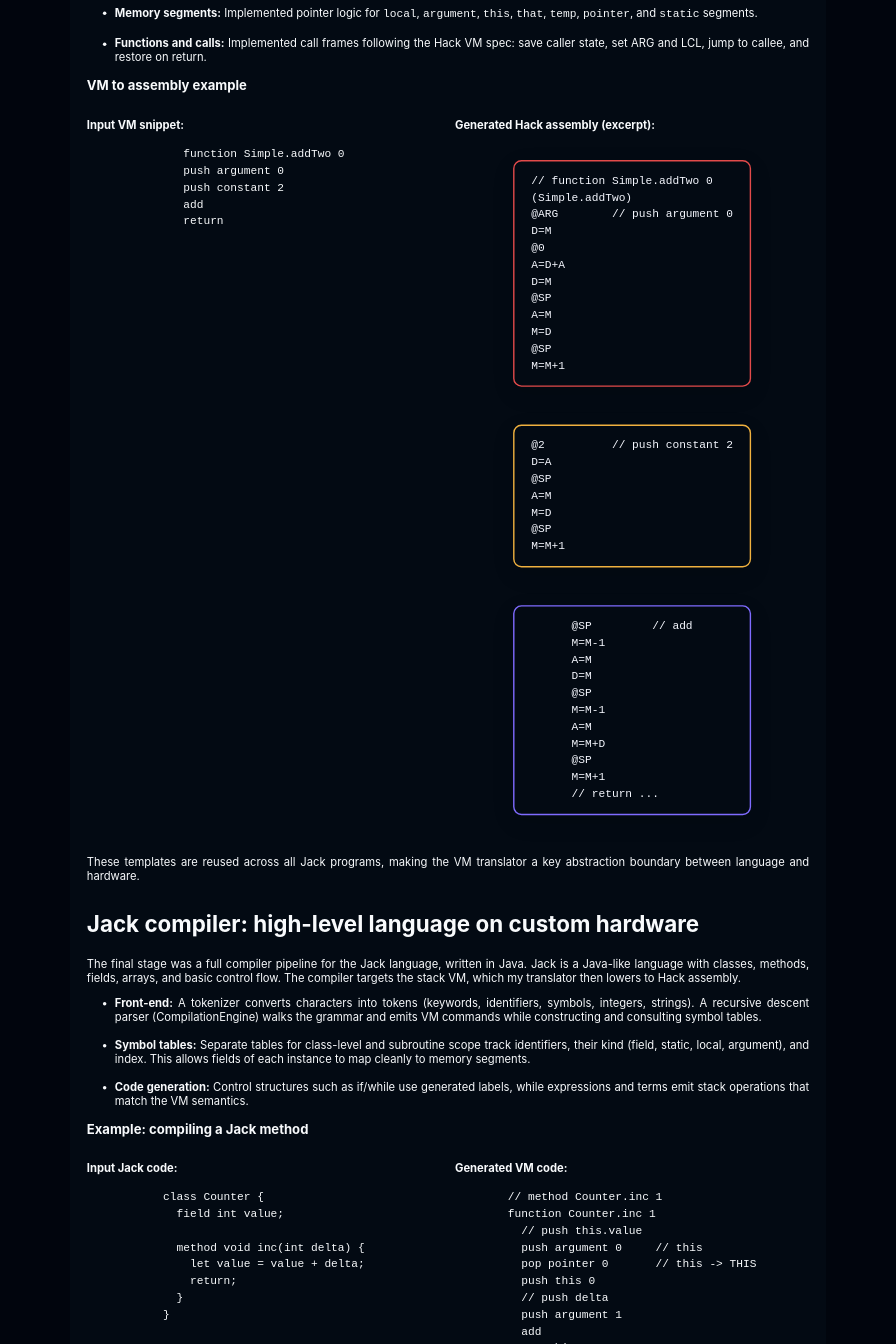
Repository: Abdulaziz-04/Abdulaziz-04.github.io
Page: deepdives/backend_systems/nand2tetris/nand2tetris.html
The author's editor kept a copy of each file at every save. The page is drawn from the files as they stood at one save, then again after the next save.
The browser window is 1280 px wide. The pictures show the part of the page from y = 3462 to 5382 px (the page is 6612 px tall before and 6636 px after), at 70% of full size.

Above is the page before, as saved 2025-11-20 18:12:05.

### deepdives/backend_systems/nand2tetris/nand2tetris.html
<!DOCTYPE html>
<html lang="en">
  <head>
    <meta charset="UTF-8" />
    <meta name="viewport" content="width=device-width, initial-scale=1" />
    <title>
      From Nand to Tetris: Building a Computer and Compiler from Scratch
    </title>
    <link rel="stylesheet" href="../../../assets/css/styles.css" />
    <style>
      .project-detail-page pre,
      .project-detail-page code {
        font-size: 1rem;
        line-height: 1.5;
      }

      .project-detail-page pre {
        display: flex;
        justify-content: center;
        margin: 1.25rem auto;
      }

      .project-detail-page pre code {
        display: inline-block;
        text-align: left;
      }

      .code-pair {
        display: grid;
        grid-template-columns: repeat(2, minmax(0, 1fr));
        gap: 1.25rem;
        align-items: start;
      }

      .code-pair pre {
        width: 100%;
      }

      .asm-stack {
        display: flex;
        flex-wrap: wrap;
        gap: 0.9rem;
        align-items: flex-start;
        justify-content: center;
        margin: 1.25rem 0;
      }

      .asm-card {
        display: block;
        background: transparent;
        color: #f6f8ff;
        border-radius: 12px;
        padding: 1rem 1.2rem;
        border: 2px solid #3b4a6d;
        box-shadow: 0 10px 32px rgba(0, 0, 0, 0.12);
        flex: 1 1 260px;
        max-width: 340px;
      }

      .asm-card code {
        display: block;
        white-space: pre;
      }

      .asm-card.push-arg {
        border-color: #e24a4a;
      }

      .asm-card.push-const {
        border-color: #f0b13f;
      }

      .asm-card.add-op {
        border-color: #7f6bff;
      }
    </style>
  </head>

  <body class="project-detail-page">
    <header class="detail-hero">
      <a
        class="category-back"
        href="../../../projects/compiler-blockchain.html"
      >
        &larr; Back to Projects
      </a>

      <a class="category-pill" href="../../../projects/compiler-blockchain.html"
        >Backend &amp; Distributed Logic</a
      >
      <br />
      <h1>
        From Nand to Tetris: Building a Computer and Compiler from Scratch
      </h1>

      <p class="detail-summary">
        <b>
          Two–part systems project where I built a full 16-bit computer,
          assembler, virtual machine, and compiler from primitive NAND gates.
          The stack ends in a high-level language called Jack that runs on the
          hardware I designed.
        </b>
      </p>

      <p class="detail-summary">
        I completed all projects for both Coursera courses
        <i>“Build a Modern Computer from First Principles: Part 1 and Part 2”</i
        >, submitted every assignment, scored <b>98%</b> overall, and earned
        both certifications.
      </p>

      <ul class="detail-meta">
        <br />
        <li>
          <strong>Tech Stack:</strong>
          Hardware Description Language (HDL), Hack assembly, Jack language,
          Java (assembler, VM translator, compiler), shell tooling, hardware and
          VM emulators
        </li>
      </ul>
    </header>

    <main class="section detail-content">
      <!-- HERO IMAGE -->
      <section class="detail-section detail-hero-gif">
        <figure class="gallery-item gallery-item--wide">
          <img
            src="./images/nand2tetris_intro.png"
            alt="Hardware and software hierarchy from NAND gate up to high level language"
            style="display: block; margin: 0 auto; max-width: 90%; height: auto"
          />
          <figcaption style="text-align: center">
            The full stack I implemented: from a single NAND gate to logic
            chips, CPU, assembler, VM, and Jack compiler running user programs.
          </figcaption>
        </figure>
      </section>

      <!-- QUICK INSIGHTS -->
      <section class="detail-section">
        <h2>Quick insights</h2>
        <ul class="psr-list">
          <li>
            <strong>Goal:</strong>
            Design a full computer system from the logic-gate level and build a
            usable high-level language (Jack) plus a compiler and toolchain that
            runs games and apps on that hardware.
          </li>
          <br />
          <li>
            <strong>Scope:</strong>
            Implemented over <b>30+</b> hardware chips in HDL, a
            <b>16-bit Hack CPU and memory system</b>, a two-stage software stack
            (assembler and VM translator), and a multi-pass Jack compiler.
          </li>
          <br />
          <li>
            <strong>Outcome:</strong>
            The final system runs full Jack programs such as Tetris and a simple
            operating system (arrays, math library, memory manager), compiled by
            my Java tools down to Hack machine language that executes on the
            hardware I built.
          </li>
        </ul>
      </section>

      <!-- HARDWARE PLATFORM -->
      <section class="detail-section">
        <h2>Hardware platform: from NAND to a 16-bit computer</h2>
        <p>
          Part 1 focused on creating the hardware stack using the course HDL.
          Starting from a single NAND primitive, I implemented combinational and
          sequential chips and composed them into a usable computer.
        </p>

        <ul>
          <li>
            <b>Core logic:</b> Built gates such as Not, And, Or, Mux, and
            adders, then composed them into an <b>ALU</b> supporting arithmetic,
            bitwise operations, and zero/negative flags.
          </li>
          <br />
          <li>
            <b>Stateful components:</b> Implemented Register, RAM8/64/4K/16K,
            counters, and a screen-mapped memory unit using flip-flops and
            clocked logic.
          </li>
          <br />
          <li>
            <b>CPU and computer:</b> Wired the ALU (Arithmetic Logic Unit),
            registers, and instruction decoder into a Hack CPU supporting
            A-instruction and C-instruction i.e. Address and Computer
            instructions plus conditional jumps, then added ROM and memory to
            form the complete computer chip.
          </li>
        </ul>

        <h3>Example: ALU snippet and behavior</h3>
        <p>
          The ALU combines configurable input negation, zeroing, and function
          selection. Here is a simplified HDL excerpt (names adjusted for
          brevity):
        </p>

        <pre><code>// Simplified ALU style HDL
CHIP ALU {
  IN  x[16], y[16],
      zx, nx, zy, ny, f, no;
  OUT out[16], zr, ng;

  PARTS:
  Mux16(a=x, b=false, sel=zx, out=xz);
  Not16(in=xz, out=xn);
  Mux16(a=xz, b=xn, sel=nx, out=x1);

  Mux16(a=y, b=false, sel=zy, out=yz);
  Not16(in=yz, out=yn);
  Mux16(a=yz, b=yn, sel=ny, out=y1);

  Add16(a=x1, b=y1, out=sum);
  And16(a=x1, b=y1, out=andv);
  Mux16(a=andv, b=sum, sel=f, out=out0);

  Not16(in=out0, out=out1);
  Mux16(a=out0, b=out1, sel=no, out=out);

  Or16Way(in=out, out=any);
  Not(in=any, out=zr);
  And(in=out[15], in2=true, out=ng);
}</code></pre>

        <p>
          With these control bits, higher-level instructions like D=D+M or M=!M
          are implemented simply by choosing the correct input parameter
          combination.
        </p>
      </section>

      <!-- ASSEMBLER -->
      <section class="detail-section">
        <h2>Assembler: Hack assembly to machine code</h2>
        <p>
          Once the computer chip worked in simulation, I wrote a two-pass
          assembler in Java for the Hack assembly language. It resolves labels
          and variables, then emits 16-bit binary instructions.
        </p>

        <ul>
          <li>
            <b>Two-pass design:</b> First pass scans labels (for example,
            <code>(LOOP)</code>) and records their ROM addresses. Second pass
            encodes A and C instructions into their binary form.
          </li>
          <br />
          <li>
            <b>Symbol table:</b> Pre-populated with predefined registers
            (R0–R15), pointers (SP, LCL, ARG), screen and keyboard addresses,
            then extended with user variables starting at address 16.
          </li>
        </ul>

        <h3>Assembler encoding example</h3>

        <div class="code-pair">
          <div>
            <p><b>Input assembly:</b></p>
            <pre><code>// Simple loop
@i
M=1
(LOOP)
  @i
  M=M+1
  @10
  D;JLT
  @LOOP
  0;JMP</code></pre>
          </div>

          <div>
            <p><b>Generated machine code:</b></p>
            <pre><code>0000000000010000   // @i (allocated at 16)
1110111111001000   // M=1
0000000000010000   // @i
1111110111011000   // M=M+1
0000000000001010   // @10
1110001100000100   // D;JLT
0000000000000010   // @LOOP (ROM address 2)
1110101010000111   // 0;JMP</code></pre>
          </div>
        </div>

        <p>
          Running this binary on the hardware simulator shows the register and
          RAM state changing as expected, proving the assembler and CPU agree on
          the instruction set.
        </p>
      </section>

      <!-- VM TRANSLATOR -->
      <section class="detail-section">
        <h2>VM translator: stack machine to Hack assembly</h2>
        <p>
          Part 2 starts the software hierarchy. I implemented a VM translator in
          Java that converts a high-level stack-based VM language into Hack
          assembly. This layer decouples Jack from the hardware and introduces
          function calls and static segments.
        </p>

        <ul>
          <li>
            <b>Arithmetic and logic:</b> Commands such as <code>add</code>,
            <code>sub</code>, <code>eq</code>, <code>lt</code>, and
            <code>gt</code> pop values from the stack, compute, and push results
            using small assembly templates.
          </li>
          <br />
          <li>
            <b>Memory segments:</b> Implemented pointer logic for
            <code>local</code>, <code>argument</code>, <code>this</code>,
            <code>that</code>, <code>temp</code>, <code>pointer</code>, and
            <code>static</code> segments.
          </li>
          <br />
          <li>
            <b>Functions and calls:</b> Implemented call frames following the
            Hack VM spec: save caller state, set ARG and LCL, jump to callee,
            and restore on return.
          </li>
        </ul>

        <h3>VM to assembly example</h3>

        <div class="code-pair">
          <div>
            <p><b>Input VM snippet:</b></p>
            <pre><code>function Simple.addTwo 0
push argument 0
push constant 2
add
return</code></pre>
          </div>
          <div>
            <p><b>Generated Hack assembly (excerpt):</b></p>
            <div class="asm-stack">
              <pre class="asm-card push-arg"><code>// function Simple.addTwo 0
(Simple.addTwo)
@ARG        // push argument 0
D=M
@0
A=D+A
D=M
@SP
A=M
M=D
@SP
M=M+1
</code></pre>
              <pre
                class="asm-card push-const"
              ><code>@2          // push constant 2
D=A
@SP
A=M
M=D
@SP
M=M+1
</code></pre>
              <pre class="asm-card add-op"><code>@SP         // add
M=M-1
A=M
D=M
@SP
M=M-1
A=M
M=M+D
@SP
M=M+1
// return ...
</code></pre>
            </div>
          </div>
        </div>

        <p>
          These templates are reused across all Jack programs, making the VM
          translator a key abstraction boundary between language and hardware.
        </p>
      </section>

      <!-- JACK COMPILER -->
      <section class="detail-section">
        <h2>Jack compiler: high-level language on custom hardware</h2>
        <p>
          The final stage was a full compiler pipeline for the Jack language,
          written in Java. Jack is a Java-like language with classes, methods,
          fields, arrays, and basic control flow. The compiler targets the stack
          VM, which my translator then lowers to Hack assembly.
        </p>

        <ul>
          <li>
            <b>Front-end:</b> A tokenizer converts characters into tokens
            (keywords, identifiers, symbols, integers, strings). A recursive
            descent parser (CompilationEngine) walks the grammar and emits VM
            commands while constructing and consulting symbol tables.
          </li>
          <br />
          <li>
            <b>Symbol tables:</b> Separate tables for class-level and subroutine
            scope track identifiers, their kind (field, static, local,
            argument), and index. This allows fields of each instance to map
            cleanly to memory segments.
          </li>
          <br />
          <li>
            <b>Code generation:</b> Control structures such as if/while use
            generated labels, while expressions and terms emit stack operations
            that match the VM semantics.
          </li>
        </ul>

        <h3>Example: compiling a Jack method</h3>

        <div class="code-pair">
          <div>
            <p><b>Input Jack code:</b></p>
            <pre><code>class Counter {
  field int value;

  method void inc(int delta) {
    let value = value + delta;
    return;
  }
}</code></pre>
          </div>
          <div>
            <p><b>Generated VM code:</b></p>
            <pre><code>// method Counter.inc 1
function Counter.inc 1
  // push this.value
  push argument 0     // this
  pop pointer 0       // this -> THIS
  push this 0
  // push delta
  push argument 1
  add
  pop this 0
  push constant 0
  return</code></pre>
          </div>
        </div>

        <p>
          Running this through the VM translator and assembler produces Hack
          machine code that manipulates the <code>value</code> field stored in
          the heap area controlled by the OS memory manager.
        </p>

        <h3>Example: parsing expressions in Java</h3>
        <p>
          The recursive descent compiler uses small focused methods that mirror
          the grammar. For example, expression compilation handles operator
          precedence and emits VM operations as it walks the parse tree.
        </p>

        <pre><code>// Simplified Java-style excerpt
private void compileExpression() {
  compileTerm();
  while (tokenIsOneOf("+", "-", "*", "/", "&amp;", "|", "&lt;", "&gt;", "=")) {
    String op = currentToken();
    advance();
    compileTerm();
    writeArithmetic(op);  // maps '+' to 'add', '&lt;' to 'lt', etc.
  }
}</code></pre>

        <p>
          This design keeps the compiler readable and makes it easy to trace
          from Jack source through VM and assembly when debugging.
        </p>
      </section>

      <!-- END-TO-END PIPELINE -->
      <section class="detail-section">
        <h2>End-to-end pipeline and final programs</h2>
        <p>
          With the full pipeline in place, I compiled and ran several Jack
          applications, including the supplied Tetris, a simple OS API, and my
          own small programs that manipulate memory, draw graphics, and handle
          keyboard input.
        </p>

        <ul>
          <li>
            <b>End-to-end flow:</b> Jack source → Java compiler → VM code → Java
            VM translator → Hack assembly → Java assembler → 16-bit machine code
            → executed on the computer built from NAND gates.
          </li>
          <br />
          <li>
            <b>Debugging:</b> Used the hardware and VM simulators to step
            through instructions, inspect RAM and stack, and validate that
            higher-level bugs were not caused by lower-level hardware mistakes.
          </li>
        </ul>
      </section>

      <!-- IMPACT & LEARNINGS -->
      <section class="detail-section detail-impact">
        <h2>Impact and learnings</h2>
        <ul>
          <li>
            <b>Systems thinking:</b> Gained a concrete understanding of how
            compilers, virtual machines, and hardware interact, instead of
            treating them as black boxes.
          </li>
          <br />
          <li>
            <b>Compiler and language design:</b> Implemented a real compiler
            front-end and back-end, including lexical analysis, parsing, symbol
            tables, and code generation for a custom language.
          </li>
          <br />
          <li>
            <b>Hardware intuition:</b> Designing the ALU, CPU, and memory from
            primitive gates sharpened my intuition for performance, instruction
            set design, and the cost of different operations.
          </li>
          <br />
          <li>
            <b>Reliability through abstraction:</b> Each layer (HDL chips,
            assembler, VM, compiler) had a clear contract and test suite, which
            made debugging manageable despite how much was built from scratch.
          </li>
        </ul>
      </section>
    </main>
  </body>
</html>

Loaded but not shown: assets/css/styles.css (941 lines, source omitted)

After the next save:
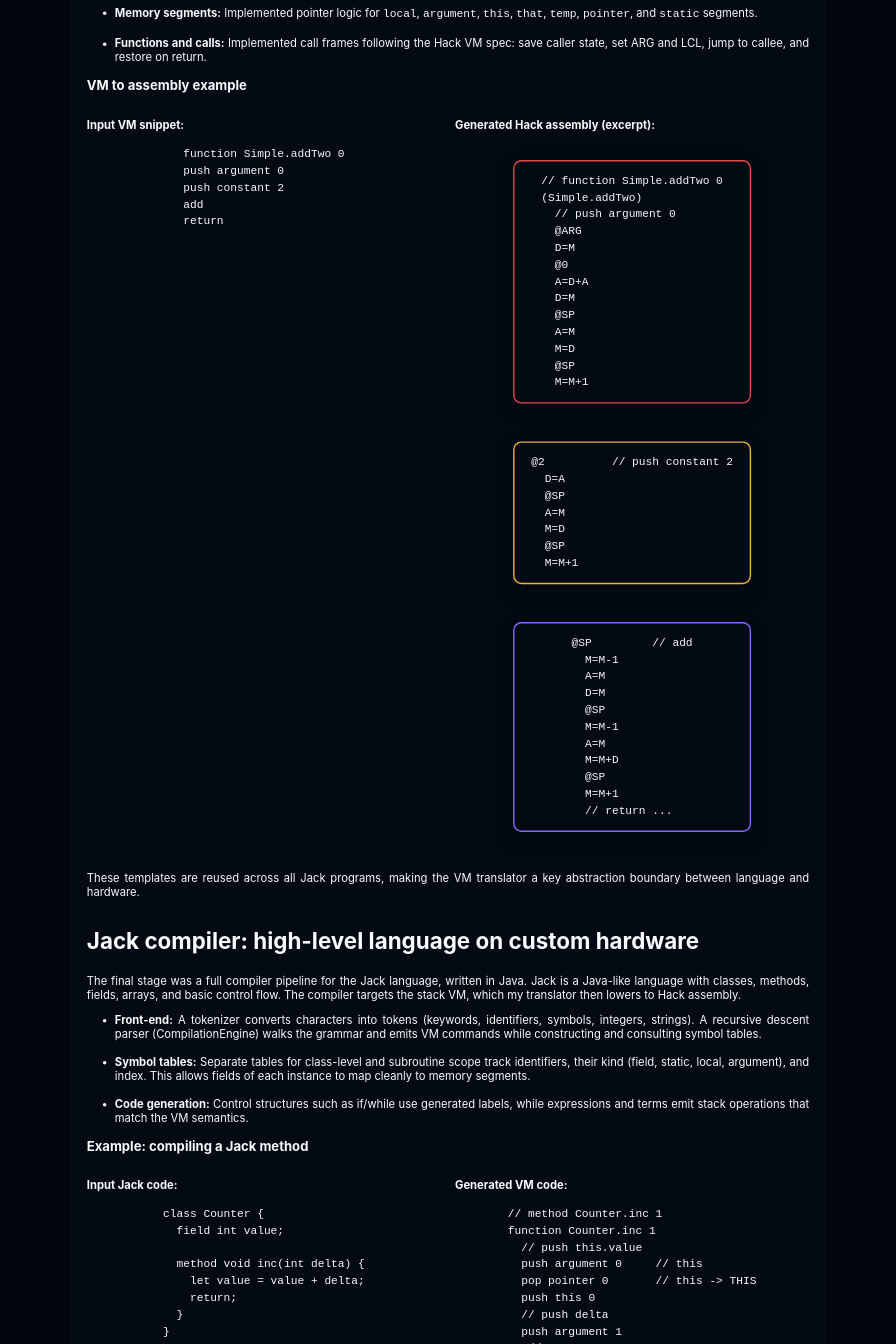
Saved 3 min 23 s later.
--- a/deepdives/backend_systems/nand2tetris/nand2tetris.html
+++ b/deepdives/backend_systems/nand2tetris/nand2tetris.html
@@ -344,38 +344,39 @@ return</code></pre>
             <div class="asm-stack">
               <pre class="asm-card push-arg"><code>// function Simple.addTwo 0
 (Simple.addTwo)
-@ARG        // push argument 0
-D=M
-@0
-A=D+A
-D=M
-@SP
-A=M
-M=D
-@SP
-M=M+1
+  // push argument 0
+  @ARG
+  D=M
+  @0
+  A=D+A
+  D=M
+  @SP
+  A=M
+  M=D
+  @SP
+  M=M+1
 </code></pre>
               <pre
                 class="asm-card push-const"
               ><code>@2          // push constant 2
-D=A
-@SP
-A=M
-M=D
-@SP
-M=M+1
+  D=A
+  @SP
+  A=M
+  M=D
+  @SP
+  M=M+1
 </code></pre>
               <pre class="asm-card add-op"><code>@SP         // add
-M=M-1
-A=M
-D=M
-@SP
-M=M-1
-A=M
-M=M+D
-@SP
-M=M+1
-// return ...
+  M=M-1
+  A=M
+  D=M
+  @SP
+  M=M-1
+  A=M
+  M=M+D
+  @SP
+  M=M+1
+  // return ...
 </code></pre>
             </div>
           </div>
